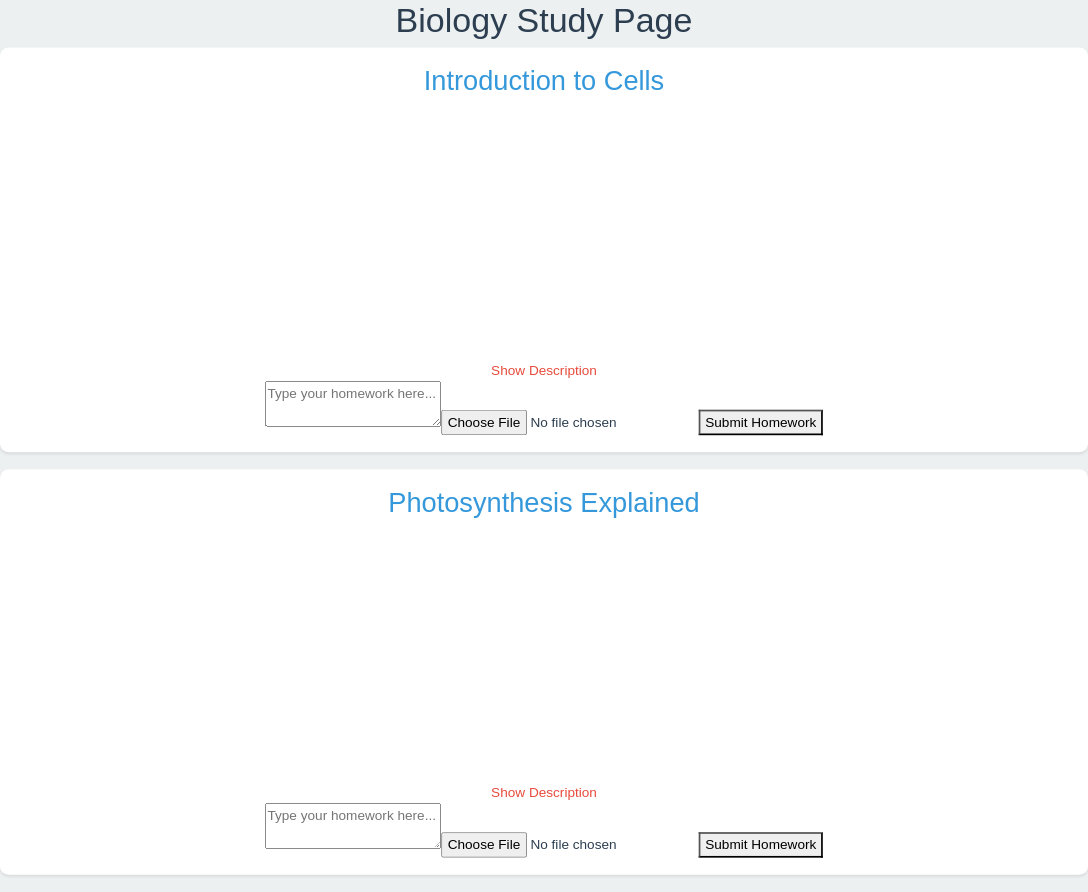
Repository: krmvz/BEMath.kg
Page: /bio
These files come from the project's save history. The page is drawn as it stood at one moment and after the next save; the edit follows.
The browser window is 1280 px wide. The pictures show the whole page, at 85% of full size.
The project was rebuilt for these pictures with package versions that can differ from the ones it lists, and the page was loaded fresh each time. Also part of the build but not shown: src/firebase.js, src/components/auth/sign.scss, src/components/auth/SignIn.jsx, src/components/auth/SignUp.jsx, src/components/AuthDetails.jsx, src/components/dashboard/Dashboard.jsx.

Above is the page before, as saved 2023-12-18 21:27:22.

After the next save:
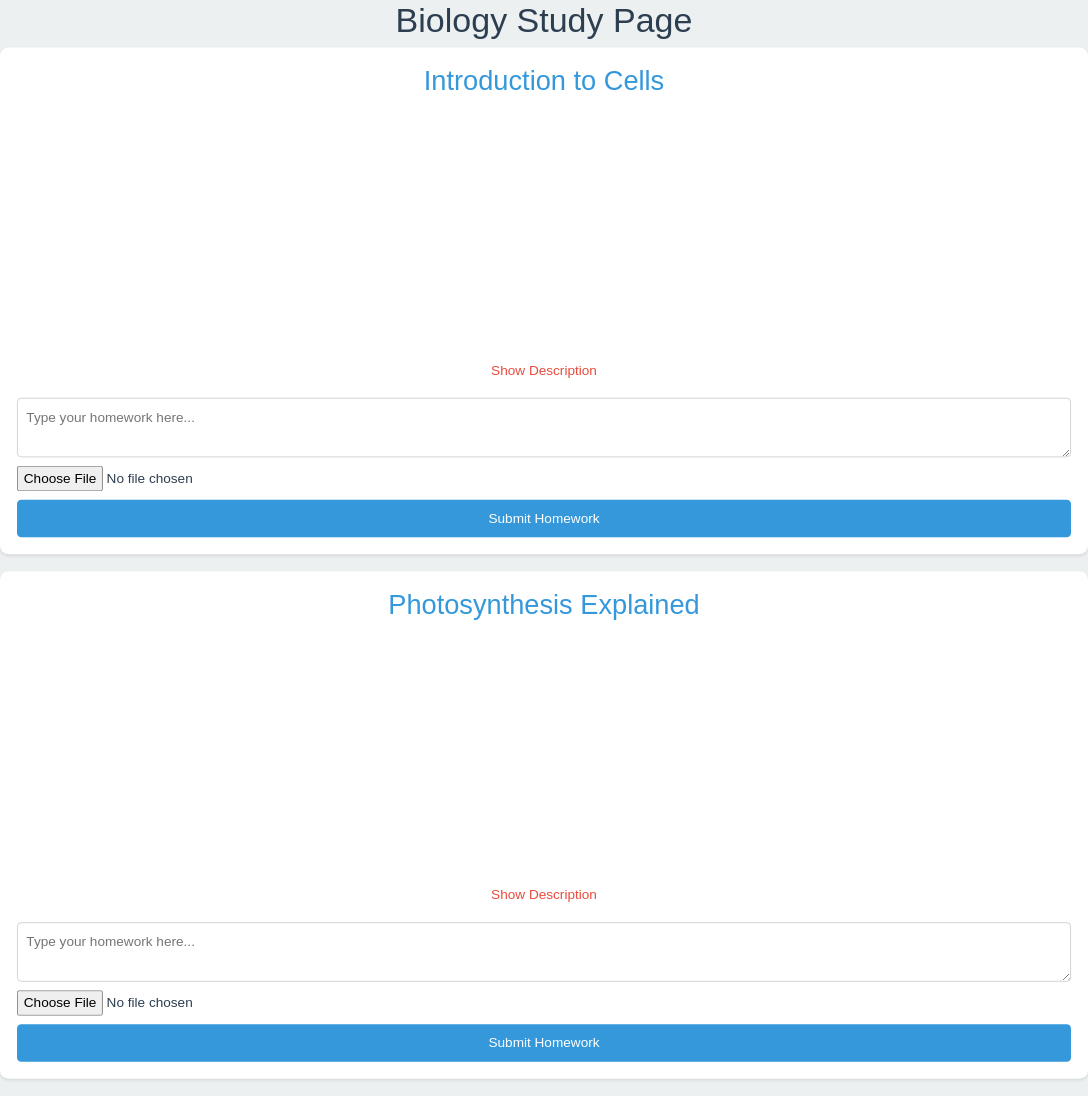
Saved 29 s later.
--- a/src/components/Biology/biology.scss
+++ b/src/components/Biology/biology.scss
@@ -53,4 +53,43 @@ body {
       display: block;
     }
   }
+  // biology.scss
+
+// ... (previous styles)
+
+.homework-section {
+    margin-top: 20px;
+    display: flex;
+    flex-direction: column;
+
+    textarea {
+      margin-bottom: 10px;
+      padding: 10px;
+      border: 1px solid #ccc;
+      border-radius: 5px;
+    }
+
+    input {
+      margin-bottom: 10px;
+    }
+
+    button {
+      background-color: #3498db;
+      color: #fff;
+      padding: 10px;
+      border: none;
+      border-radius: 5px;
+      cursor: pointer;
+
+      &:hover {
+        background-color: #2980b9;
+      }
+    }
+
+    .submitted-homework {
+      margin-top: 10px;
+      color: #27ae60;
+    }
+  }
+
 }
